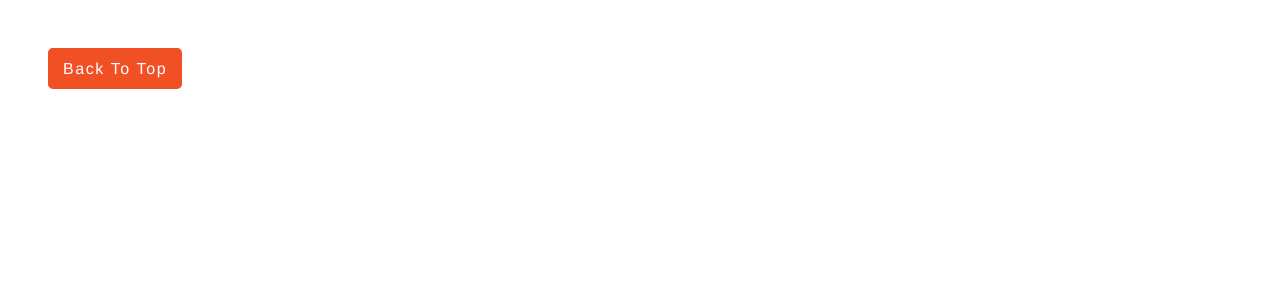
Repository: Ndifoinhilary/css_grid
Page: css-grid-learn/index.html
The author's editor kept a copy of each file at every save. The page is drawn from the files as they stood at one save, then again after the next save.
The browser window is 1280 px wide. The pictures show the whole page.

Above is the page before, as saved 2024-01-28 09:46:06.

After the next save:
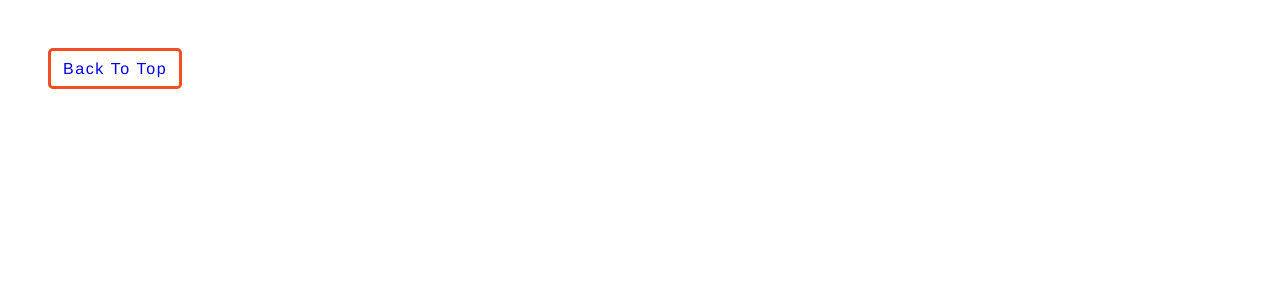
Saved 2 min 51 s later.
--- a/css-grid-learn/main.css
+++ b/css-grid-learn/main.css
@@ -70,8 +70,8 @@ p{
 
 .btn{
     display: inline-block;
-    background: var(--primaryColor);
-    color: var(--mainWhite);
+    /* background: var(--primaryColor); */
+    /* color: var(--mainWhite); */
     padding: 0.357rem 0.75rem;
     text-transform: capitalize;
     letter-spacing: 0.1rem;
@@ -84,6 +84,8 @@ p{
 
 
 .btn:hover{
-    background: var(--mainWhite);
-    color: var(--primaryColor);
+    /* background: var(--mainWhite); */
+    /* color: var(--primaryColor); */
+    background: var(--primaryColor);
+    color: var(--mainWhite);
 }
